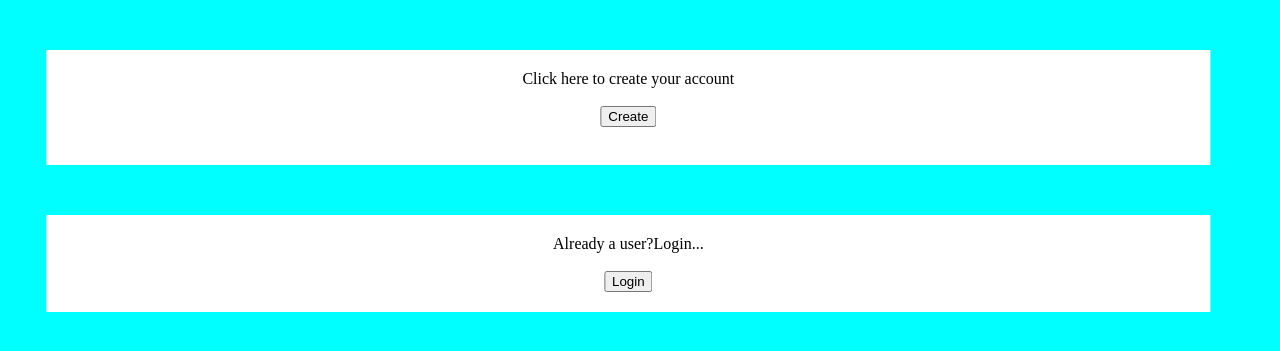
Repository: rosikraj/TurbifyTraining
Page: Wallet/WebContent/button.html
These files come from the project's save history. The page is drawn as it stood at one moment and after the next save; the edit follows.
The browser window is 1280 px wide. The pictures show the whole page.

Above is the page before, as saved 2023-09-24 05:55:53.

After the next save:
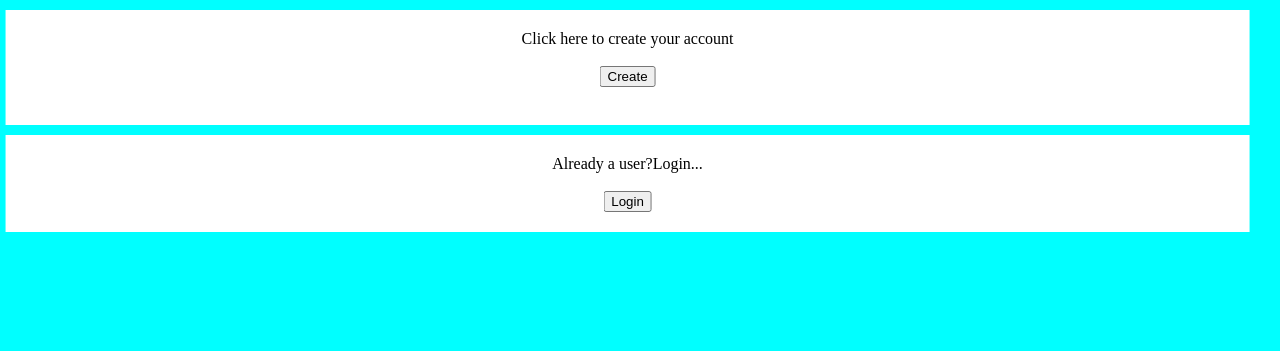
Saved 2 min 50 s later.
--- a/Wallet/WebContent/button.html
+++ b/Wallet/WebContent/button.html
@@ -14,7 +14,7 @@
     		background-color:white;
     		align:center;
     		display:block;
-    		margin:50px;
+    		margin:10px;
     		padding:20px;
     		transform:translateX(-1%);
     	}
